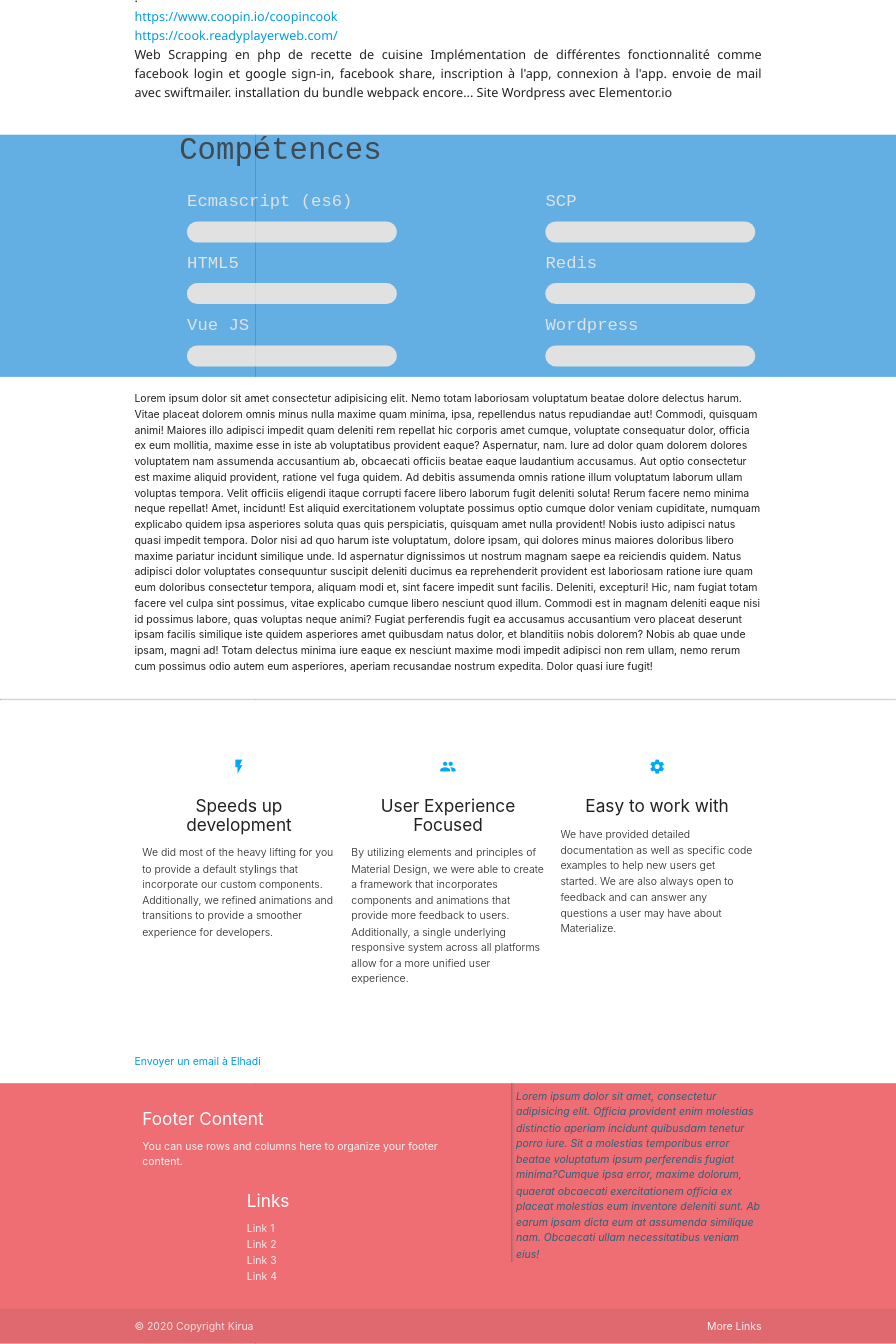
Repository: duncanidaho14/elhad
Page: index.html
An editor plug-in stored every save of this project. The page is shown before and after the next save, followed by the edit.
The browser window is 1280 px wide. The pictures show the part of the page from y = 3638 to 5558 px (the page is 5558 px tall), at 70% of full size.

Above is the page before, as saved 2020-10-26 01:53:32.

### index.html
<!DOCTYPE html>
<html lang="fr">
<head>
    <meta charset="UTF-8">
    <meta name="viewport" content="width=device-width, initial-scale=1.0">
    <meta http-equiv="X-UA-Compatible" content="ie=edge">
    <meta name="Description" content="Enter your description here"/>
    <!--Import Google Icon Font-->
    <link href="https://fonts.googleapis.com/icon?family=Material+Icons" rel="stylesheet">
    <!-- Compiled and minified CSS -->
    <link rel="stylesheet" href="https://cdnjs.cloudflare.com/ajax/libs/materialize/1.0.0/css/materialize.min.css">

    <link rel="stylesheet" href="https://cdnjs.cloudflare.com/ajax/libs/font-awesome/5.15.0/css/all.min.css">
    <link rel="stylesheet" href="assets/css/style.css">
    <title>CV Elhadi Beddarem</title>
</head>
<body>


    <header>
        <div class="loader">
            <div class="progress">
                <div class="indeterminate"></div>
            </div>
            <div class="preloader-wrapper big active">
                <div class="spinner-layer spinner-blue-only">
                    <div class="circle-clipper left">
                        <div class="circle"></div>
                    </div>
                    <div class="gap-patch">
                        <div class="circle"></div>
                    </div>
                    <div class="circle-clipper right">
                        <div class="circle"></div>
                    </div>
                </div>
            </div>
            <div class="preloader-wrapper big active">
                <div class="spinner-layer spinner-blue-only">
                    <div class="circle-clipper left">
                        <div class="circle"></div>
                    </div>
                    <div class="gap-patch">
                        <div class="circle"></div>
                    </div>
                    <div class="circle-clipper right">
                        <div class="circle"></div>
                    </div>
                </div>
            </div>
            <div class="pre-loaded">

            </div>
        </div>
        <div class="progress">
            <div class="indeterminate"></div>
        </div>


        <nav>
            <div class="nav-wrapper">
                <a href="#!" class="brand-logo">Logo</a>
                <a href="#" data-target="mobile-demo" class="sidenav-trigger"><i class="material-icons">menu</i></a>
                <ul class="right hide-on-med-and-down">
                    <li><a href="#quisuisje">Qui suis-je ?</a></li>
                    <li><a href="#mestechno">Mes techno</a></li>
                    <li><a href="#parcours">Parcours</a></li>
                    <li><a href="#contact">Contact</a></li>
                </ul>
            </div>
        </nav>

        <ul class="sidenav" id="mobile-demo">
            <li><a href="#quisuisje">Qui suis-je ?</a></li>
            <li><a href="#mestechno">Mes techno</a></li>
            <li><a href="#parcours">Parcours</a></li>
            <li><a href="#contact">Contact</a></li>
        </ul>

        <ul id="slide-out" class="sidenav">
            <li>
                <div class="user-view">
                    <div class="background">
                        <img src="/assets/img/mysql.png" class="circle">
                    </div>
                    <a href="#user"><img class="circle" src="/assets/img/git.png"></a>
                    <a href="#name"><span class="black-text name">Elhadi Beddarem</span></a>
                    <a href="#email"><span class="black-text email">elhadibeddarem@gmail.com</span></a>
                </div>
            </li>
            <li><a href="https://codeintheshell.fr" target="_blank"><i class="material-icons">cloud</i>Autre site : codeintheshell.fr</a></li>
            <li><a href="https://shtex.fr/">Autre site : shtex.fr</a></li>
            <li><a href="http://shtexworld.fr/">Autre site : shtexworld.fr</a></li>
            <li>
                <div class="divider"></div>
            </li>
            <li><a class="subheader">séparateur</a></li>
            <li><a class="waves-effect" href="./assets/img/cvelhadi.pdf" download="cvelhadi">Download CV</a></li>
        </ul>
        <a href="#" data-target="slide-out" class="sidenav-trigger"><i class="material-icons">menu</i></a>
    </header>

    <section class="container-fluid">
        <figure class="row">
            <div class="parallax-container">
                <div class="parallax"><img src="/assets/img/code.jpg"></div>
            </div>
            <div class="section white">
                <div class="row container" id="quisuisje">
                    <h1 class="header">Développeur d'application web et mobile</h1>
                    <p class="grey-text text-darken-3 lighten-3 secondtext">En reconversion professionnelle, autodidacte et passionné.
                        Fort d'une expérience de 4 ans dans le web, j'ai acquis de nombreuses compétences en PHP et JavaScript ...
                    </p>
                    <div class="carousel">
                        <a class="carousel-item" href="#one!"><img src="/assets/img/symfony.png"></a>
                        <a class="carousel-item" href="#two!"><img src="/assets/img/react.png"></a>
                        <a class="carousel-item" href="#three!"><img src="/assets/img/mysql.png"></a>
                        <a class="carousel-item" href="#four!"><img src="/assets/img/git.png"></a>
                        <a class="carousel-item" href="#five!"><img src="/assets/img/javascript.png"></a>
                    </div>
                </div>
            </div>
            <div class="parallax-container">
                <div class="parallax"><img src="/assets/img/code.jpg"></div>
            </div>
        </figure>
    </section>

    <section class="container-fluid section1">
        <article class="row article-progress">
            <div id="mestechno">
                <h2 class="mestechno">Mes Techno</h2>
            </div>
                <div class="col s6">
                    <h5 class="title-five">Symfony</h5>
                    <div class="progress bar up">
                        <div class="determinate symfony" data-done="70">70%</div>
                    </div>
                    <h5 class="title-five">React</h5>
                    <div class="progress bar up">
                        <div class="determinate react" data-done="50">50%</div>
                    </div>
                    <h5 class="title-five">MySQL</h5>
                    <div class="progress bar up">
                        <div class="determinate mysql" data-done="70">70%</div>
                    </div>
                </div>
                <div class="col s6">
                    <h5 class="title-five">PHP</h5>
                    <div class="progress bar up">
                        <div class="determinate php" data-done="70">70%</div>
                    </div>
                    <h5 class="title-five">JavaScript</h5>
                    <div class="progress bar up">
                        <div class="determinate javascript" data-done="70">70%</div>
                    </div>
                    <h5 class="title-five">MongoDB</h5>
                    <div class="progress bar up">
                        <div class="determinate mongodb" data-done="70">70%</div>
                    </div>
                </div>
        </article>
    </section>

    <section class="container citation">
        <article class="row">
            <blockquote>
                <i class="fa fa-quote-left"></i>&nbsp;&nbsp;PME, associations ou particuliers,<br /> je réponds à vos besoins en développement web&nbsp;&nbsp;<i class="fa fa-quote-right"></i>
            </blockquote>
        </article>
    </section>

    <section class="container-fluid section2">
        <article class="row article-progress">
            <h5>Actuellement en recherche active d'alternance</h5>
            <p>Compétences supplémentaires</p>
                <div class="col s6">
                    <h5 class="title-five">Git, Git flow</h5>
                    <div class="progress bar up">
                        <div class="determinate git" data-done="75">75%</div>
                    </div>
                    <h5 class="title-five">CSS3, SASS</h5>
                    <div class="progress bar up">
                        <div class="determinate sass" data-done="70">70%</div>
                    </div>
                    <h5 class="title-five">Bootstrap, Materialize</h5>
                    <div class="progress bar up">
                        <div class="determinate bootstrap" data-done="90">90%</div>
                    </div>
                </div>
                <div class="col s6">
                    <h5 class="title-five">Design Pattern</h5>
                    <div class="progress bar up">
                        <div class="determinate patern" data-done="70">70%</div>
                    </div>
                    <h5 class="title-five">Ajax</h5>
                    <div class="progress bar up">
                        <div class="determinate ajax" data-done="70">70%</div>
                    </div>
                    <h5 class="title-five">SSH</h5>
                    <div class="progress bar up">
                        <div class="determinate ssh" data-done="70">70%</div>
                    </div>
                </div>
        </article>
    </section>
    <section class="container services" id="parcours">
        <article class="row">
            <h3>Mon parcours de développeur web</h3>
            <p>En 2017, j'ai travaillé chez FTL Express, une société chinoise de logistique de livraison de colis.
            Nous avions pour projet une application d'impression de timbres postaux.
            Le but étant de facilité l'envoie de colis postaux vers la chine pour les personnes chinoises vivant en France. Ceux là leur simplifie  la vie puisqu'il n'ont pas
            à faire la queue à la poste pour l'envoie de leur colis.
            Coté front nous avons utilisé Vue JS et coté back Java. En temps que développeur front-end je suis responsable de la qualité de mon code</p>

            <p>En 2018, j'ai travaillé pour la société Azzerisk Advantage basée à saint Mandé. AZZERISK Advantage est un cabinet indépendant et international proposant
            des solutions complètes en risk management. <br>
                    -         Installation de Cassandra sous windows 10<br>
                    -         Ajout de nouvelles règles de gestion<br>
                    -         Stockage en base de données NoSQL (Cassandra)<br>
                    -         Maintenance évolutive et corrective sur un logiciel de comparaison de stratégie de risk. <br>
                    -         Mise en forme de l’application grâce au flexbox<br>
                    Environnement technique : AngularJS, Oracle, Cassandra, REST, Elasticsearch
            </p>

            <p>En 2019, J'ai travaillé sur des projets personnels</p>
            <p>En 2020, Développeur fullstack d'une application de calcul du nutriscore avec une solution Symfony (twig) :
                <br>
                <a href="https://www.coopin.io/coopincook" target="_blank" rel="noopener noreferrer">https://www.coopin.io/coopincook</a>
                <br>
                <a href="https://cook.readyplayerweb.com/" target="_blank" rel="noopener noreferrer">https://cook.readyplayerweb.com/</a>
                <br>
                Web Scrapping en php de recette de cuisine
                Implémentation de différentes fonctionnalité comme
                facebook login et google sign-in, facebook share,
                inscription à l'app, connexion à l'app. envoie de mail avec
                swiftmailer. installation du bundle webpack encore...
                Site Wordpress avec Elementor.io
            </p>
        </article>
    </section>

    <section class="container-fluid section3">
        <article class="row article-progress">
            <h3>Compétences</h3>
            <div class="col s6">
                <h5 class="title-five">Ecmascript (es6)</h5>
                <div class="progress bar up">
                    <div class="determinate ecmascript" data-done="80">80%</div>
                </div>
                <h5 class="title-five">HTML5</h5>
                <div class="progress bar up">
                    <div class="determinate html" data-done="90">90%</div>
                </div>
                <h5 class="title-five">Vue JS</h5>
                <div class="progress bar up">
                    <div class="determinate vue" data-done="50">50%</div>
                </div>
            </div>
            <div class="col s6">
                <h5 class="title-five">SCP</h5>
                <div class="progress bar up">
                    <div class="determinate scp" data-done="70">70%</div>
                </div>
                <h5 class="title-five">Redis</h5>
                <div class="progress bar up">
                    <div class="determinate redis" data-done="50">50%</div>
                </div>
                <h5 class="title-five">Wordpress</h5>
                <div class="progress bar up">
                    <div class="determinate wordpress" data-done="85">85%</div>
                </div>
            </div>
        </article>
    </section>
    <section class="container">
        <article class="row">
            <p>Lorem ipsum dolor sit amet consectetur adipisicing elit. Nemo totam laboriosam voluptatum beatae dolore delectus harum. Vitae placeat dolorem omnis minus nulla maxime quam minima, ipsa, repellendus natus repudiandae aut!
            Commodi, quisquam animi! Maiores illo adipisci impedit quam deleniti rem repellat hic corporis amet cumque, voluptate consequatur dolor, officia ex eum mollitia, maxime esse in iste ab voluptatibus provident eaque?
            Aspernatur, nam. Iure ad dolor quam dolorem dolores voluptatem nam assumenda accusantium ab, obcaecati officiis beatae eaque laudantium accusamus. Aut optio consectetur est maxime aliquid provident, ratione vel fuga quidem.
            Ad debitis assumenda omnis ratione illum voluptatum laborum ullam voluptas tempora. Velit officiis eligendi itaque corrupti facere libero laborum fugit deleniti soluta! Rerum facere nemo minima neque repellat! Amet, incidunt!
            Est aliquid exercitationem voluptate possimus optio cumque dolor veniam cupiditate, numquam explicabo quidem ipsa asperiores soluta quas quis perspiciatis, quisquam amet nulla provident! Nobis iusto adipisci natus quasi impedit tempora.
            Dolor nisi ad quo harum iste voluptatum, dolore ipsam, qui dolores minus maiores doloribus libero maxime pariatur incidunt similique unde. Id aspernatur dignissimos ut nostrum magnam saepe ea reiciendis quidem.
            Natus adipisci dolor voluptates consequuntur suscipit deleniti ducimus ea reprehenderit provident est laboriosam ratione iure quam eum doloribus consectetur tempora, aliquam modi et, sint facere impedit sunt facilis. Deleniti, excepturi!
            Hic, nam fugiat totam facere vel culpa sint possimus, vitae explicabo cumque libero nesciunt quod illum. Commodi est in magnam deleniti eaque nisi id possimus labore, quas voluptas neque animi?
            Fugiat perferendis fugit ea accusamus accusantium vero placeat deserunt ipsam facilis similique iste quidem asperiores amet quibusdam natus dolor, et blanditiis nobis dolorem? Nobis ab quae unde ipsam, magni ad!
            Totam delectus minima iure eaque ex nesciunt maxime modi impedit adipisci non rem ullam, nemo rerum cum possimus odio autem eum asperiores, aperiam recusandae nostrum expedita. Dolor quasi iure fugit!</p>
        </article>
    </section>
    <hr>
    <div class="container">
    <div class="section">

    <!--   Icon Section   -->
    <div class="row">
        <div class="col s12 m4">
            <div class="icon-block">
                <h2 class="center light-blue-text"><i class="material-icons">flash_on</i></h2>
                <h5 class="center">Speeds up development</h5>

                <p class="light">We did most of the heavy lifting for you to provide a default stylings that incorporate our custom components. Additionally, we refined animations and transitions to provide a smoother experience for developers.</p>
            </div>
        </div>

        <div class="col s12 m4">
            <div class="icon-block">
                <h2 class="center light-blue-text"><i class="material-icons">group</i></h2>
                <h5 class="center">User Experience Focused</h5>

                <p class="light">By utilizing elements and principles of Material Design, we were able to create a framework that incorporates components and animations that provide more feedback to users. Additionally, a single underlying responsive system across all platforms allow for a more unified user experience.</p>
            </div>
        </div>

        <div class="col s12 m4">
            <div class="icon-block">
                <h2 class="center light-blue-text"><i class="material-icons">settings</i></h2>
                <h5 class="center">Easy to work with</h5>

                <p class="light">We have provided detailed documentation as well as specific code examples to help new users get started. We are also always open to feedback and can answer any questions a user may have about Materialize.</p>
            </div>
        </div>
    </div>

    </div>
    <br><br>
    </div>
    <section class="container">
        <article class="row">
            <a href="mailto:elhadibeddarem@gmail.com">Envoyer un email à Elhadi</a>
        </article>
        <aside class="aside">
            <p></p>Lorem ipsum dolor sit amet, consectetur adipisicing elit. Officia provident enim molestias distinctio aperiam incidunt quibusdam tenetur porro iure.
            Sit a molestias temporibus error beatae voluptatum ipsum perferendis fugiat minima?Cumque ipsa error, maxime dolorum, quaerat obcaecati exercitationem
            officia ex placeat molestias eum inventore deleniti sunt. Ab earum ipsam dicta eum at assumenda similique nam. Obcaecati ullam necessitatibus veniam eius!
        </aside>
    </section>
    <footer class="page-footer">
        <div class="container">
            <div class="row">
                <div class="col l6 s12">
                    <h5 class="white-text">Footer Content</h5>
                    <p class="grey-text text-lighten-4">You can use rows and columns here to organize your footer content.</p>
                </div>
                <div class="col l4 offset-l2 s12">
                    <h5 class="white-text">Links</h5>
                    <ul>
                        <li><a class="grey-text text-lighten-3" href="#!">Link 1</a></li>
                        <li><a class="grey-text text-lighten-3" href="#!">Link 2</a></li>
                        <li><a class="grey-text text-lighten-3" href="#!">Link 3</a></li>
                        <li><a class="grey-text text-lighten-3" href="#!">Link 4</a></li>
                    </ul>
                </div>
            </div>
        </div>
        <div class="footer-copyright">
            <div class="container">
            © 2020 Copyright Kirua
            <a class="grey-text text-lighten-4 right" href="#!">More Links</a>
            </div>
        </div>
    </footer>

<script src="https://cdnjs.cloudflare.com/ajax/libs/jquery/3.5.1/jquery.min.js"></script>
<script src="https://cdnjs.cloudflare.com/ajax/libs/popper.js/1.16.1/umd/popper.min.js"></script>
<!-- Compiled and minified JavaScript -->
<script src="https://cdnjs.cloudflare.com/ajax/libs/materialize/1.0.0/js/materialize.min.js"></script>
<script src="assets/js/index.js"></script>
</body>
</html>

### assets/css/style.css
.pre-loaded {
    border: 16px solid #f3f3f3;
    /* Light grey */
    border-top: 16px solid #3498db;
    /* Blue */
    border-radius: 50%;
    width: 120px;
    height: 120px;
    animation: spin 2s linear infinite;
}

@keyframes spin {
    0% {
        transform: rotate(0deg);
    }

    100% {
        transform: rotate(360deg);
    }
}

@keyframes slideIn {
  from {
    left: 0%;
    width: 170px;
  }

  to {
    right: 70%;
    width: 170px;
  }
}

.section1 {
    display: none;
}

.section2 {
    display: none;
}

.section3 {
    display: none;
}

.progress {
    background-color: #d8d8d8;
	border-radius: 20px;
	position: relative;
	margin: 15px 0;
	height: 30px;
	width: 300px;
}

.determinate {
    background: linear-gradient(to left, #F2709C, #FF9472);
	box-shadow: 0 3px 3px -5px #F2709C, 0 2px 5px #F2709C;
	border-radius: 20px;
	color: #fff;
	display: flex;
	align-items: center;
	justify-content: center;
	height: 100%;
	width: 0;
	opacity: 0;
	transition: 1s ease 0.3s;
}

.article-progress {
    background-color: #3498db;
    padding-left: 20%;
    font-family: 'Courier New', Courier, monospace;
    font-weight: bolder;
}

@media screen and (max-width: 1040px) {
    .article-progress {
        background-color: #3498db;
        padding-left: 5%;
    }
}

h1.header {
    font-family: Cambria, Cochin, Georgia, Times, 'Times New Roman', serif;
    color: violet;
    text-align: center;
    font-size: 7em;
}

.secondtext {
    font-size: 1.5em;
    text-align: center;
}

h2.mestechno {
    color: black;
   padding-left: 350px  ;

}

.title-five {
    color: #d8d8d8;
}

.citation {
    font-family: 'Franklin Gothic Medium', 'Arial Narrow', Arial, sans-serif;
    text-align: center;
    font-weight: bold;
    font-size: larger;
    border: 2px solid #F2709C;
    border-radius: 10%;

}

.services {
    text-align: justify;
    font-size: larger;
    font-family: 'Segoe UI', Tahoma, Geneva, Verdana, sans-serif;

}

aside {
    width: 40%;
    padding-left: .5rem;
    margin-left: .5rem;
    float: right;
    box-shadow: inset 5px 0 5px -5px #29627e;
    font-style: italic;
    color: #29627e;
}

aside > p {
    margin: .5rem;
}

Loaded but not shown: assets/js/index.js (112 lines, source omitted)

After the next save:
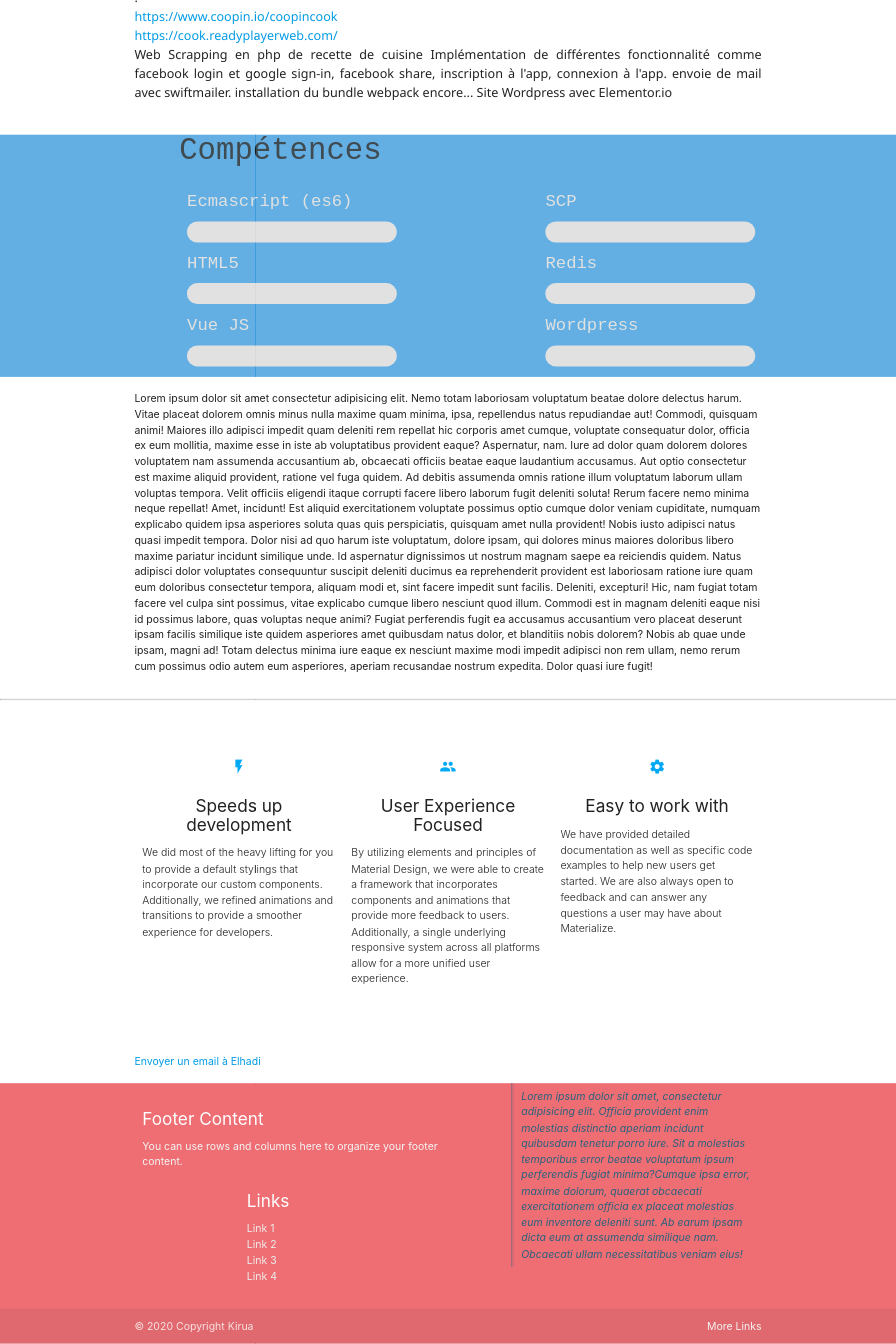
Saved 6 s later.
--- a/index.html
+++ b/index.html
@@ -329,7 +329,7 @@
             <a href="mailto:elhadibeddarem@gmail.com">Envoyer un email à Elhadi</a>
         </article>
         <aside class="aside">
-            <p></p>Lorem ipsum dolor sit amet, consectetur adipisicing elit. Officia provident enim molestias distinctio aperiam incidunt quibusdam tenetur porro iure.
+            <p>Lorem ipsum dolor sit amet, consectetur adipisicing elit. Officia provident enim molestias distinctio aperiam incidunt quibusdam tenetur porro iure.
             Sit a molestias temporibus error beatae voluptatum ipsum perferendis fugiat minima?Cumque ipsa error, maxime dolorum, quaerat obcaecati exercitationem
             officia ex placeat molestias eum inventore deleniti sunt. Ab earum ipsam dicta eum at assumenda similique nam. Obcaecati ullam necessitatibus veniam eius!
         </aside>
